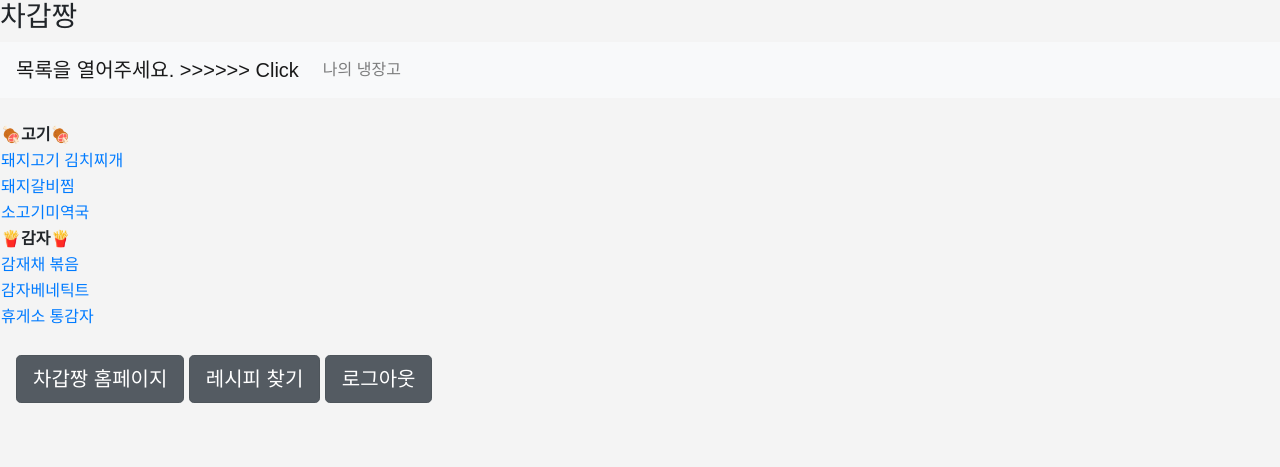
Repository: yousunning/coldzzang-miniproject
Page: http://localhost/cold/WEB-INF/views/dobo.jsp
The author's editor kept a copy of each file at every save. The page is drawn from the files as they stood at one save, then again after the next save.
The browser window is 1280 px wide. The pictures show the whole page.
The page is served by Tomcat 9. Nobody is signed in. Other server files are loaded and not shown. The template is opened directly, without the code that normally fills it, so the values that code supplies are empty.

Above is the page before, as saved 2024-01-23 07:27:36.

### cold/src/main/webapp/WEB-INF/views/dobo.jsp
<%@ page language="java" contentType="text/html; charset=UTF-8"
    pageEncoding="UTF-8"%>
<!DOCTYPE html>

<html>
<head>
    <title>차갑짱 레시피</title>
    <meta name="viewport" content="width=device-width, initial-scale=1">
    <!-- Bootstrap CSS -->
    <link href="https://stackpath.bootstrapcdn.com/bootstrap/4.3.1/css/bootstrap.min.css" rel="stylesheet">
 <style>

        body {
            background-color: #f4f4f4;
            font-family: 'Arial', sans-serif;
        }
  </style>
</head>
<body>
    <h3>차갑짱</h3>
    <nav class="navbar navbar-expand-lg navbar-light bg-light">
        <a class="navbar-brand" href="/food/List/login">목록을 열어주세요. >>>>>> Click</a>
        <button class="navbar-toggler" type="button" data-toggle="collapse" data-target="#navbarNav" aria-controls="navbarNav" aria-expanded="false" aria-label="Toggle navigation">
            <span class="navbar-toggler-icon"></span>
        </button>
        <div class="collapse navbar-collapse" id="navbarNav">
            <ul class="navbar-nav">
                <li class="nav-item">
                    <a class="nav-link" href="/food/List/myRefrigerator">나의 냉장고</a>
                </li>
            </ul>
        </div>
    </nav>

    </div>
    <br>
   <table>
  <!-- Meat Dishes Section -->
  <tr>
    <th>🍖고기🍖</th>
  </tr>
  <tr>
    <td><a href="https://www.10000recipe.com/recipe/1785098" role="button" aria-pressed="true">돼지고기 김치찌개</a></td>
  </tr>
  <tr>
    <td><a href="https://www.10000recipe.com/recipe/6872886" role="button" aria-pressed="true">돼지갈비찜</a></td>
  </tr>
  <tr>
    <td><a href="https://www.10000recipe.com/recipe/6873683" role="button" aria-pressed="true">소고기미역국</a></td>
  </tr>

  <!-- Potato Dishes Section -->
  <tr>
    <th>🍟감자🍟</th>
  </tr>
  <tr>
    <td><a href="https://www.10000recipe.com/recipe/4007561" role="button" aria-pressed="true">감재채 볶음</a></td>
  </tr>
  <tr>
    <td><a href="https://www.10000recipe.com/recipe/6987503" role="button" aria-pressed="true">감자베네틱트</a></td>
  </tr>
  <tr>
    <td><a href="https://www.10000recipe.com/recipe/6830079" role="button" aria-pressed="true">휴게소 통감자</a></td>
  </tr>

  <tr>
  <td><a href ="https://www.10000recipe.com/recipe/6830294"
</table>
    <!-- 메인 컨텐츠 -->
    <div class="container mt-4" style="text-align:center;">
    <!-- 링크를 버튼처럼 스타일링 -->
    <a href="/food/List/homepage" class="btn btn-secondary btn-lg active" role="button" aria-pressed="true">차갑짱 홈페이지</a>
    <a href="/food/List/recipe" class="btn btn-secondary btn-lg active" role="button" aria-pressed="true">레시피 찾기</a>
    <a href="/food/List/login" class="btn btn-secondary btn-lg active" role="button" aria-pressed="true">로그아웃</a>
</div>
    <!-- jQuery, Popper.js, Bootstrap JS -->
    <script src="https://code.jquery.com/jquery-3.3.1.slim.min.js"></script>
    <script src="https://cdnjs.cloudflare.com/ajax/libs/popper.js/1.14.7/umd/popper.min.js"></script>
    <script src="https://stackpath.bootstrapcdn.com/bootstrap/4.3.1/js/bootstrap.min.js"></script>
</body>
</html>

After the next save:
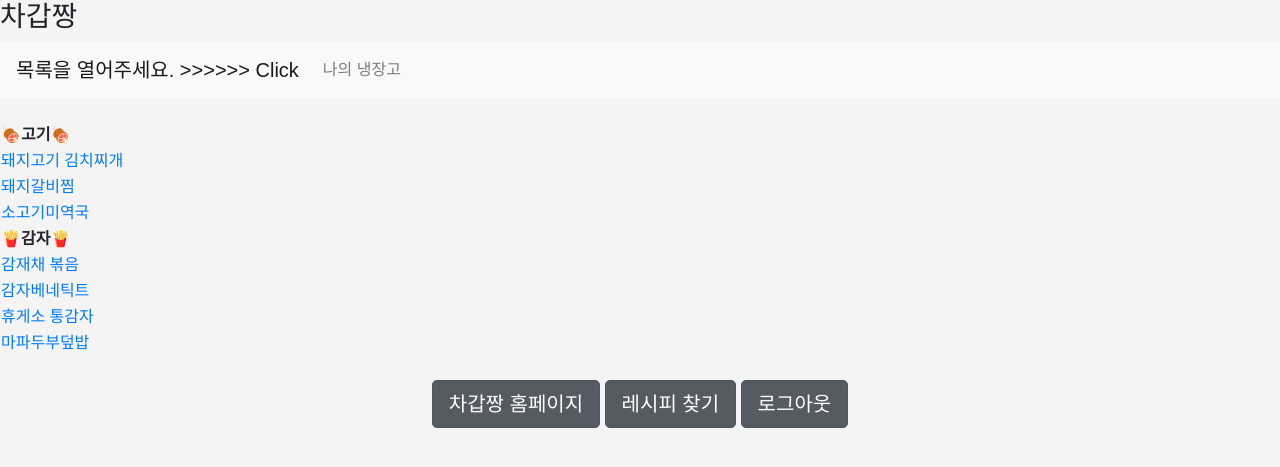
Saved 39 s later.
--- a/cold/src/main/webapp/WEB-INF/views/dobo.jsp
+++ b/cold/src/main/webapp/WEB-INF/views/dobo.jsp
@@ -64,7 +64,7 @@
   </tr>
 
   <tr>
-  <td><a href ="https://www.10000recipe.com/recipe/6830294"
+  <td><a href ="https://www.10000recipe.com/recipe/6830294" role="button" aria-pressed="ture">마파두부덮밥</a>
 </table>
     <!-- 메인 컨텐츠 -->
     <div class="container mt-4" style="text-align:center;">
